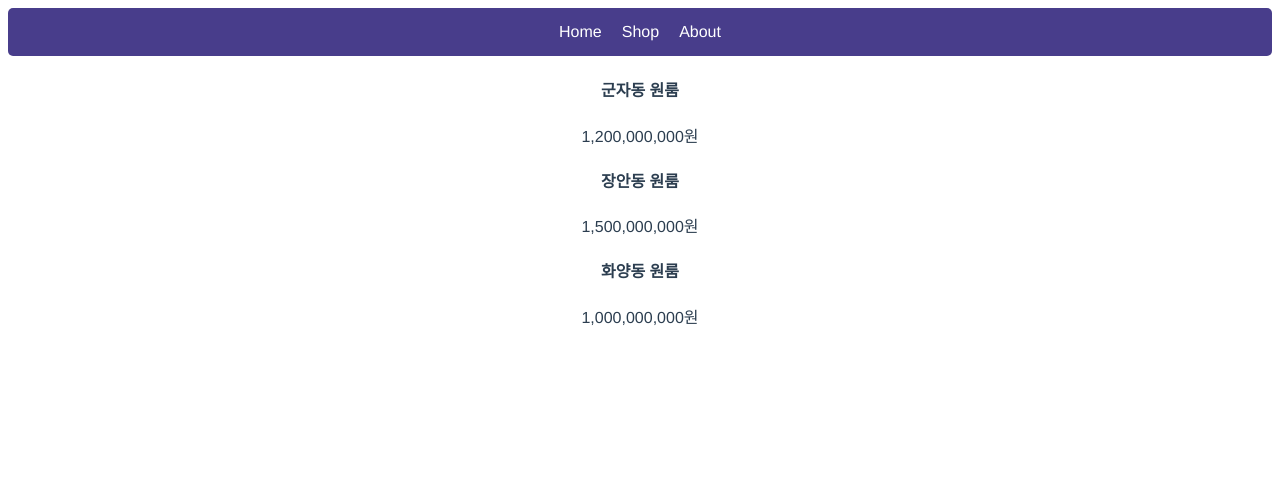
Repository: jy0813/Function
Page: / (app in function/)
An editor plug-in stored every save of this project. The page is shown before and after the next save, followed by the edit.
The browser window is 1280 px wide. The pictures show the whole page.
The project was rebuilt for these pictures with package versions that can differ from the ones it lists, and the page was loaded fresh each time.

Above is the page before, as saved 2022-02-23 14:55:46.

After the next save:
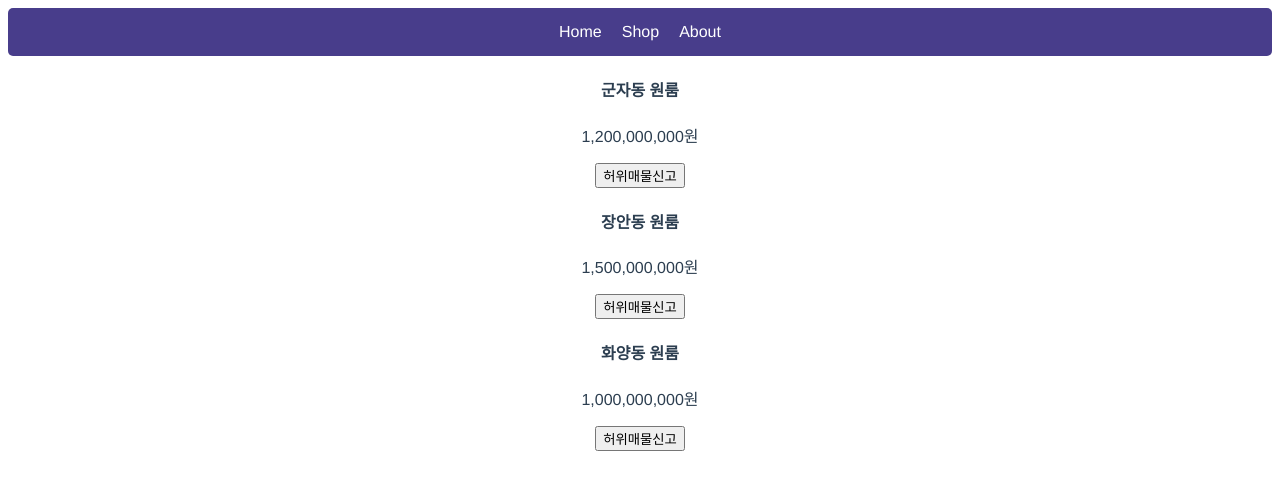
Saved 3 min 46 s later.
--- a/function/src/App.vue
+++ b/function/src/App.vue
@@ -5,6 +5,7 @@
 <div v-for="(item, k) in room" :key="'item' + k">
   <h4>{{item.address}}</h4>
   <p>{{numSet(item.price)}}원</p>
+  <button>허위매물신고</button>
 </div>
 </template>
 
